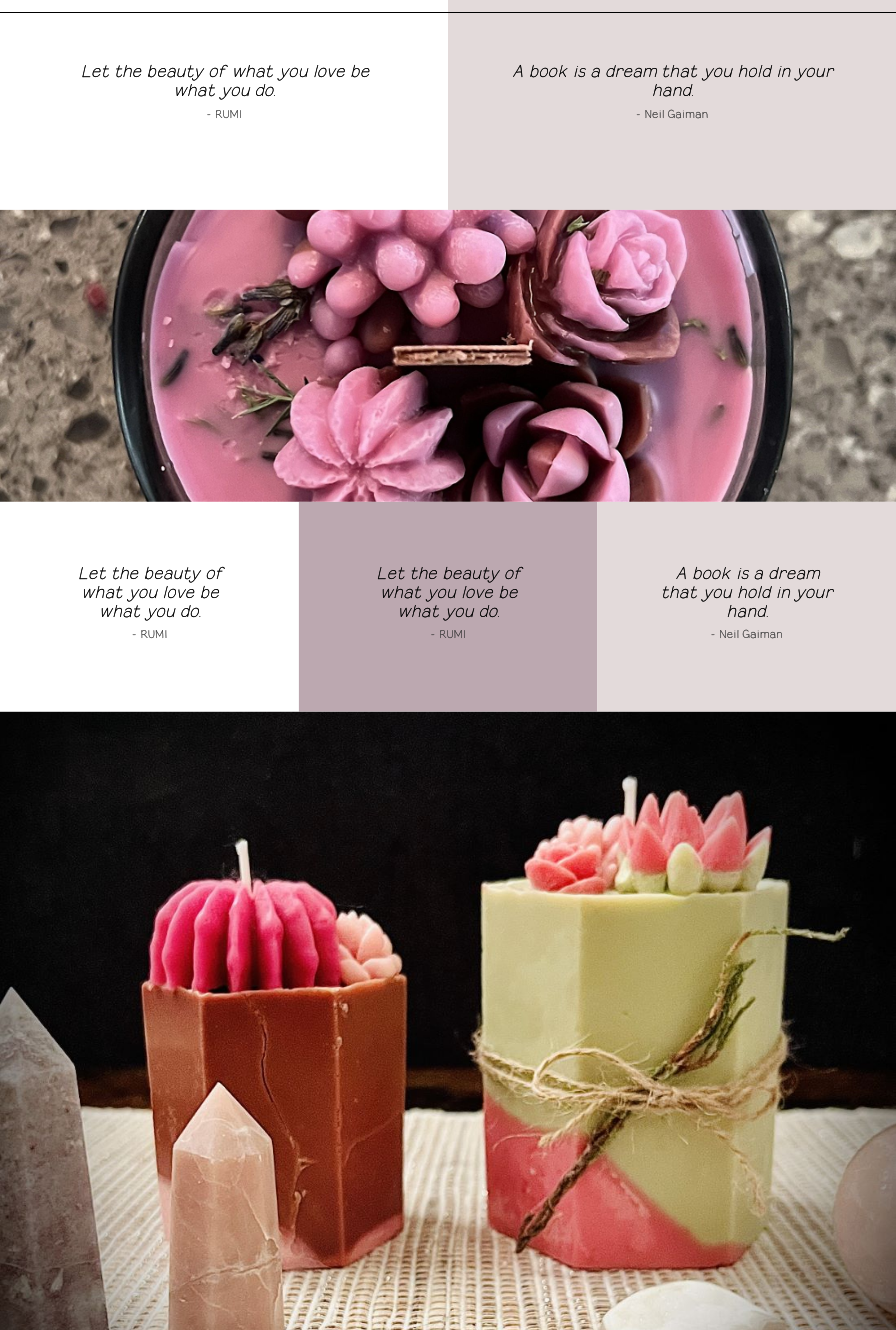
Repository: Brittany-Westlund/MART341-WebDesign
Page: WebDesignHomework/Assignment12/gallery.html
The author's editor kept a copy of each file at every save. The page is drawn from the files as they stood at one save, then again after the next save.
The browser window is 1280 px wide. The pictures show the part of the page from y = 347 to 2247 px (the page is 3141 px tall before and 3138 px after), at 70% of full size.
Some web fonts or font styles are not loaded; a fallback is used.

Above is the page before, as saved 2024-11-15 21:31:12.

After the next save:
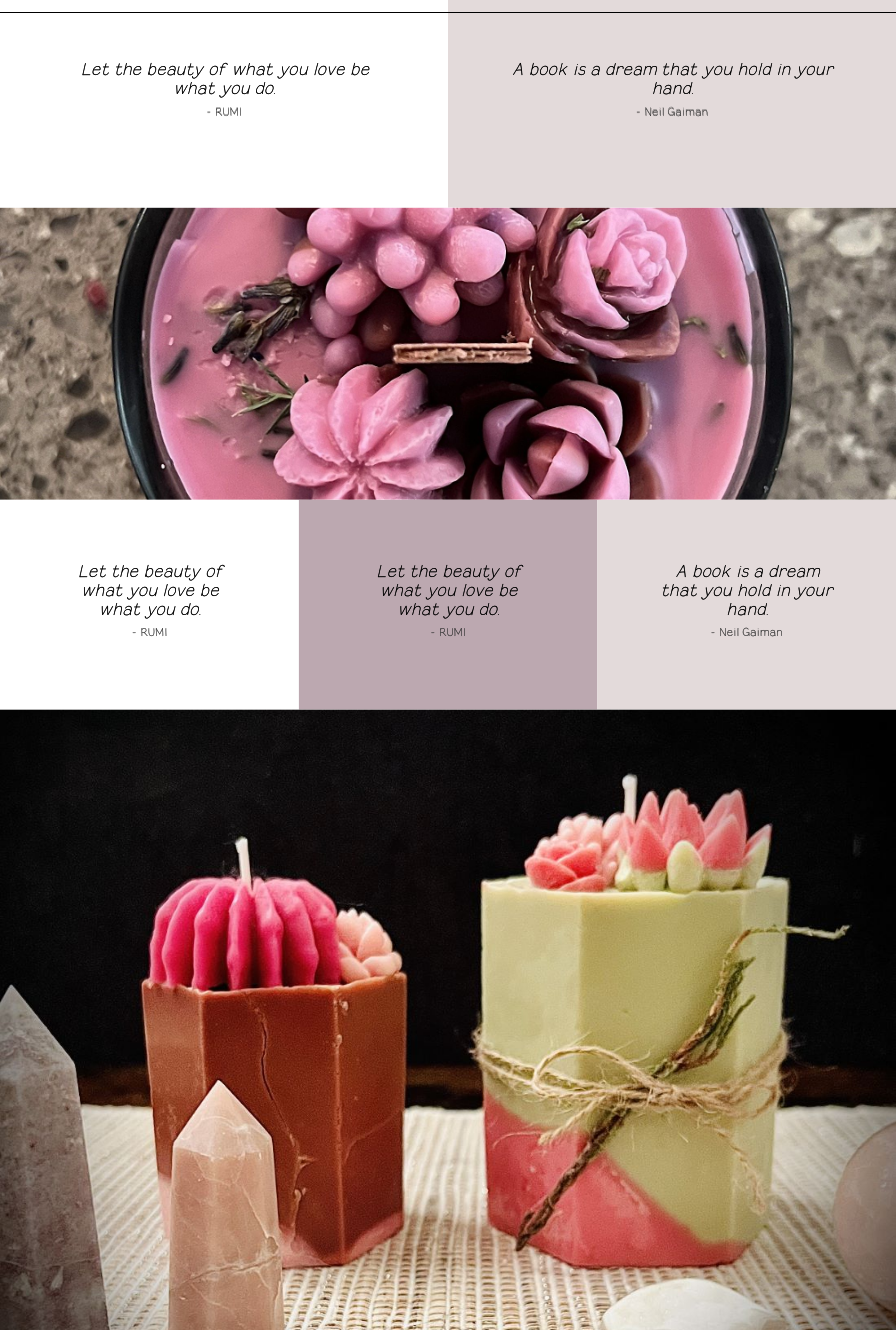
Saved 30 s later.
--- a/WebDesignHomework/Assignment12/style/style.css
+++ b/WebDesignHomework/Assignment12/style/style.css
@@ -32,7 +32,7 @@ nav {
     border-bottom-style: dotted; /* Dotted style */
     border-bottom-color: #a8858e; /* Color for the border */
     position: relative;
-    margin-bottom: 10px;
+    margin-bottom: 7px;
 }
 
 /* Styling for the list in the navigation */
